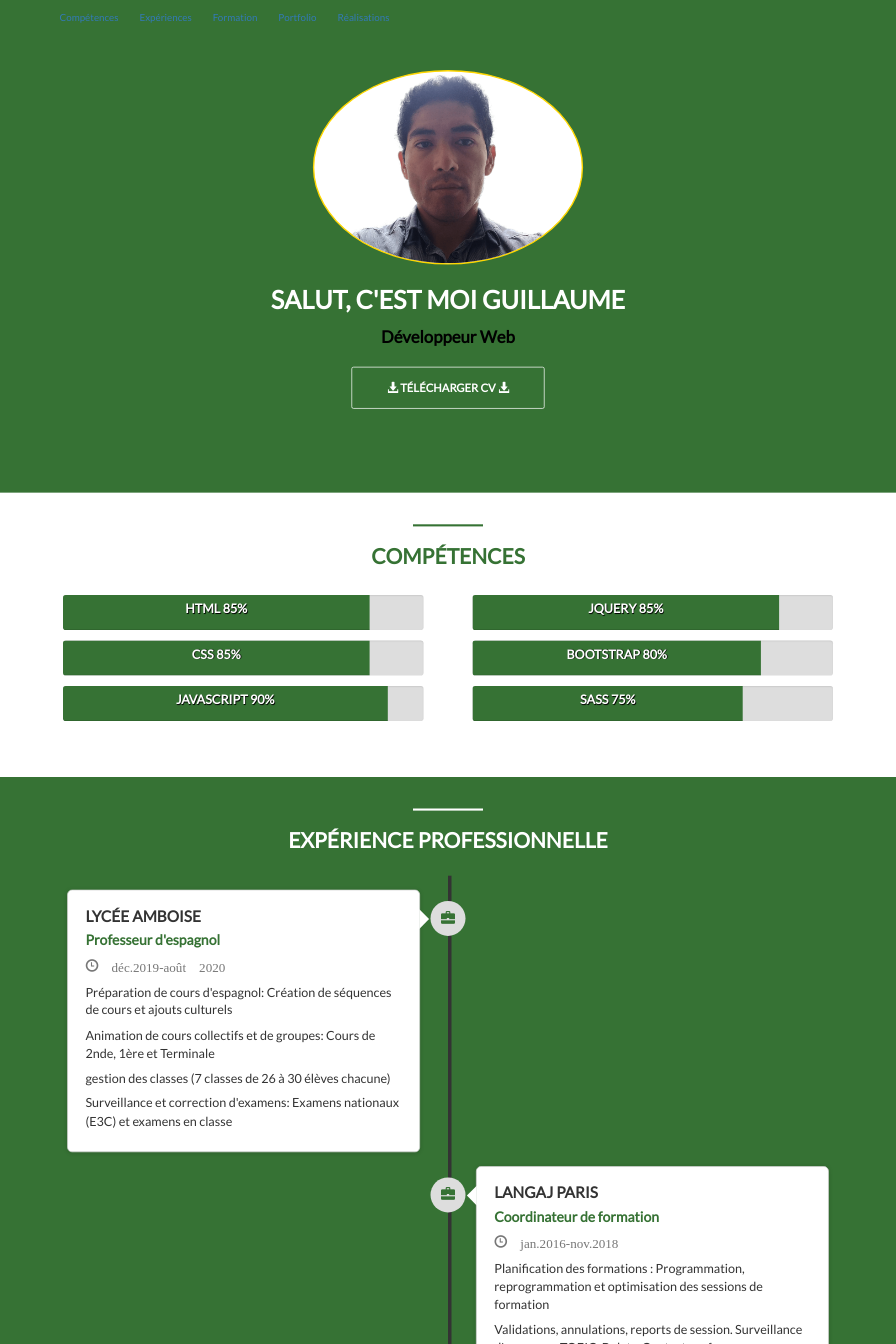
Repository: 0Memo/mon-cv
Page: index.html
An editor plug-in stored every save of this project. The page is shown before and after the next save, followed by the edit.
The browser window is 1280 px wide. The pictures show the part of the page from y = 0 to 1920 px (the page is 5375 px tall), at 70% of full size.

Above is the page before, as saved 2020-12-29 16:49:05.

After the next save:
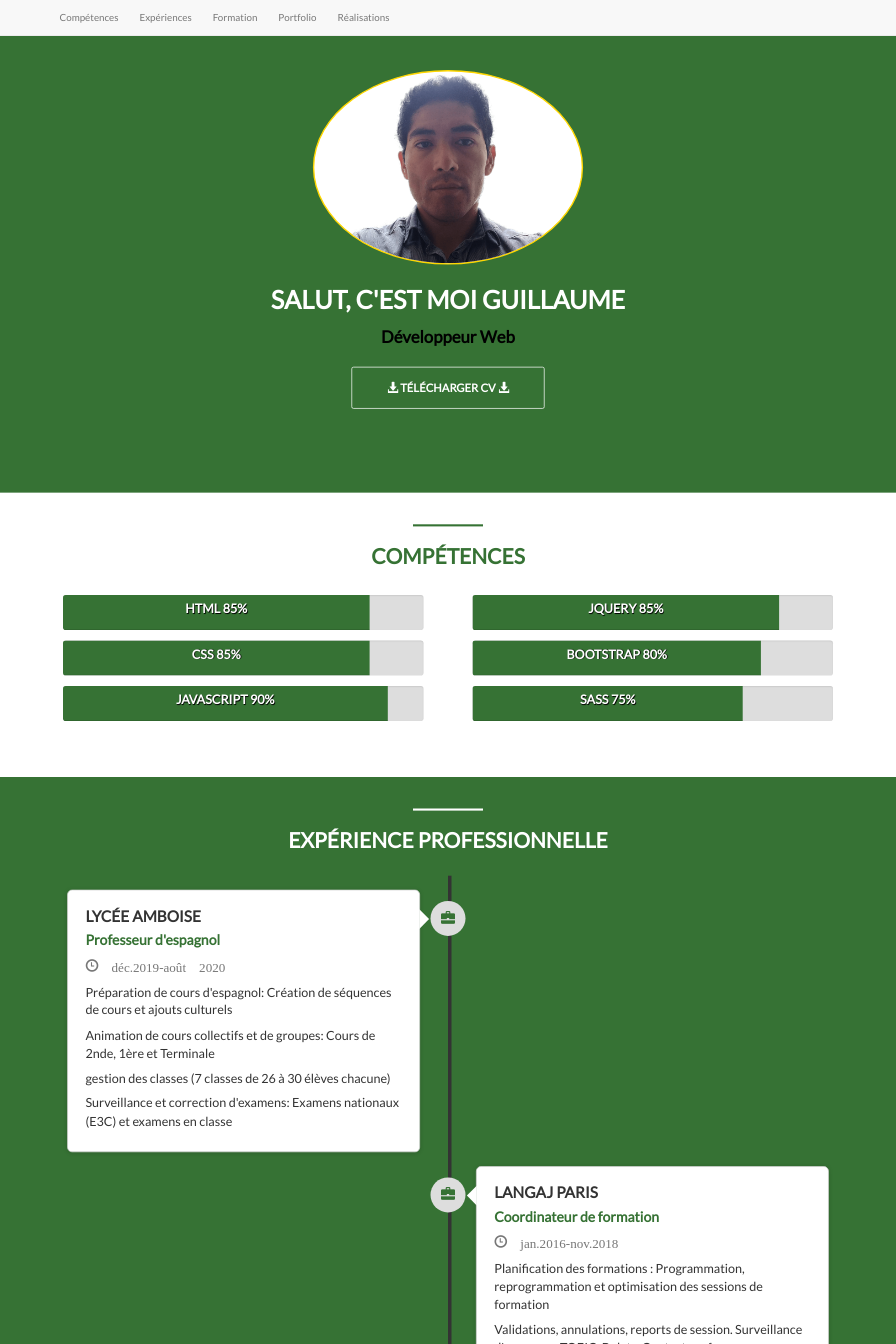
Saved 47 s later.
--- a/index.html
+++ b/index.html
@@ -13,7 +13,7 @@
         <link rel="shortcut icon" href="img/colombia.png">
     </head>
     <body>
-        <nav class="navbar navbar-fixed-top">
+        <nav class="navbar navbar-default navbar-fixed-top">
             <div class="container">
                 <div class="navbar-header">
                     <button type="button" class="navbar-toggle" data-toggle="collapse" data-target="#myNavbar">
